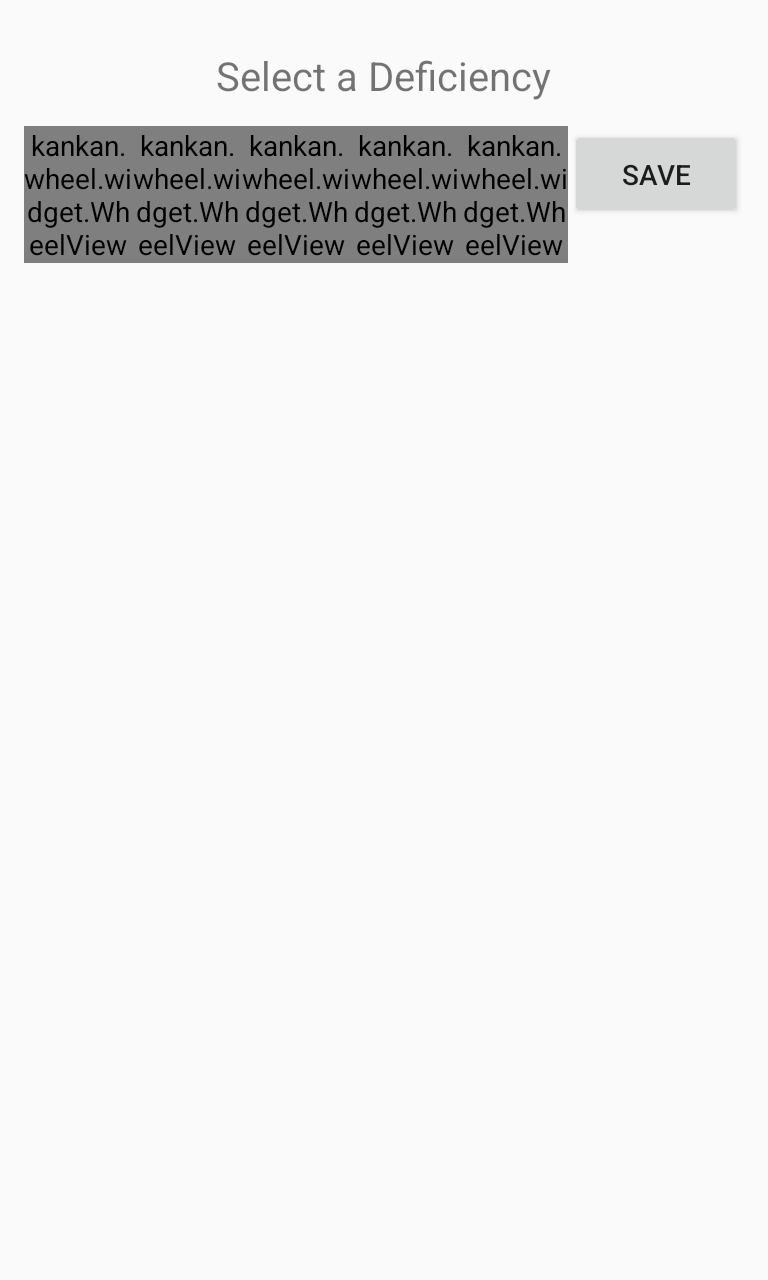
Repository: TheDizzler/shiny-octo-robot
Layout: Qdap/res/layout/fragment_def_wheel.xml
The author's editor kept a copy of each file at every save. The layout is drawn from the files as they stood at one save, then again after the next save.
Pictures or frames that could not be fetched are drawn as grey boxes. It is drawn on a 768 x 1280 px phone screen (xhdpi) without system bars, with theme AppTheme; the app's code is not run.

Above is the layout before, as saved 2014-05-16 02:15:06.

### Qdap/res/layout/fragment_def_wheel.xml
<?xml version="1.0" encoding="utf-8"?>
<LinearLayout xmlns:android="http://schemas.android.com/apk/res/android"
    android:layout_width="fill_parent"
    android:layout_height="fill_parent"
    android:orientation="vertical" >

    <TextView
        android:id="@+id/def_wheel_title_textview"
        android:layout_width="wrap_content"
        android:layout_height="wrap_content"
        android:layout_gravity="center_horizontal"
        android:layout_marginTop="24dp"
        android:text="@string/deficiency"
        android:textSize="20sp" />

    <LinearLayout
        android:layout_width="wrap_content"
        android:layout_height="wrap_content"
        android:layout_gravity="center_horizontal"
        android:layout_marginTop="8dp"
        android:orientation="horizontal"
        android:paddingLeft="12dp"
        android:paddingRight="12dp"
        android:paddingTop="4dp" >

        <kankan.wheel.widget.WheelView
            android:id="@+id/specificItem"
            android:layout_width="wrap_content"
            android:layout_height="wrap_content"
            android:layout_gravity="center_vertical"
            android:layout_weight="1" />

        <kankan.wheel.widget.WheelView
            android:id="@+id/item"
            android:layout_width="wrap_content"
            android:layout_height="wrap_content"
            android:layout_gravity="center_vertical"
            android:layout_weight="1" />

        <kankan.wheel.widget.WheelView
            android:id="@+id/verb"
            android:layout_width="wrap_content"
            android:layout_height="wrap_content"
            android:layout_gravity="center_vertical"
            android:layout_weight="1" />

        <kankan.wheel.widget.WheelView
            android:id="@+id/direction"
            android:layout_width="wrap_content"
            android:layout_height="wrap_content"
            android:layout_gravity="center_vertical"
            android:layout_weight="1" />

        <kankan.wheel.widget.WheelView
            android:id="@+id/location"
            android:layout_width="wrap_content"
            android:layout_height="wrap_content"
            android:layout_gravity="center_vertical"
            android:layout_weight="1" />

        <Button
            android:id="@+id/button1"
            android:layout_width="wrap_content"
            android:layout_height="wrap_content"
            android:onClick="save"
            android:text="@string/save" />
    </LinearLayout>

    <TextView
        android:id="@+id/reportid_textview"
        android:layout_width="wrap_content"
        android:layout_height="wrap_content"
        android:layout_gravity="center_horizontal"
        android:layout_marginTop="24dp"
        android:textSize="20sp" />

</LinearLayout>

### Qdap/res/values/strings.xml
<?xml version="1.0" encoding="utf-8"?>
<resources>

    <string name="app_name">Qdap - Quality Dev App</string>
    <string name="title_trade_detail">Trade Detail</string>
    <string name="title_activity_login">Login</string>
    <string name="username">User name: </string>
    <string name="password">Password: </string>
    <string name="project">Project: </string>
    <string name="login">Login</string>
    <string name="notes">Notes</string>
    <string name="checklists">Checklists</string>
    <string name="reports">Reports</string>
    <string name="photo">Photo Gallery</string>
    <string name="deficiency">Select a Deficiency</string>
    <string name="roughins">Rough-Ins</string>
    <string name="finishes">Finishes</string>
    <string name="save">Save</string>
    <string name="action_settings">Settings</string>
    <string name="title_activity_categories">Categories</string>
    <string name="title_activity_floors">Floors</string>
    <string name="title_activity_checklist">Checklist</string>
    <string name="title_activity_expandable_list_fragment">ExpandableListFragment</string>
    <string name="title_activity_floor_fragment">FloorFragment</string>
    <string name="title_activity_deficiency">Deficiency</string>

</resources>

Loaded but not shown: Qdap/res/values/styles.xml (common file); Qdap/res/values-v11/styles.xml (common file); Qdap/res/values-v14/styles.xml (common file)

After the next save:
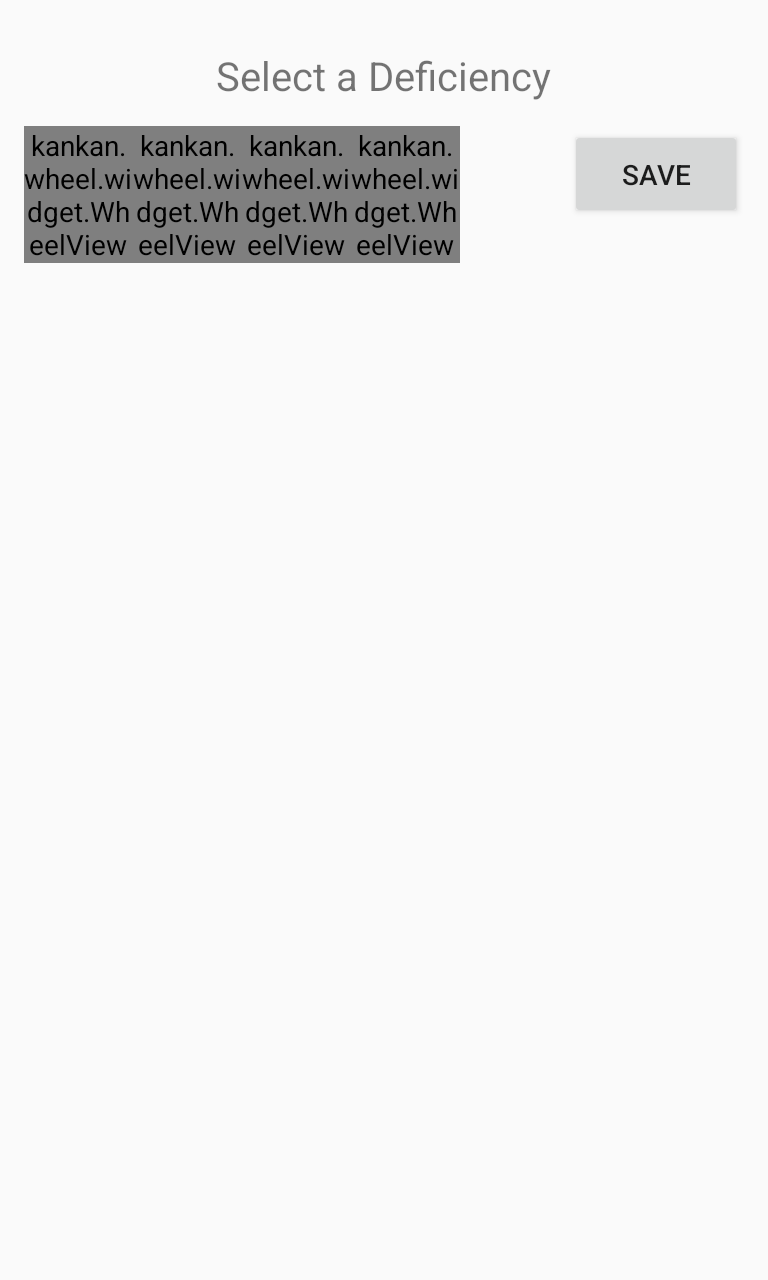
Saved 6 s later.
--- a/Qdap/res/layout/fragment_def_wheel.xml
+++ b/Qdap/res/layout/fragment_def_wheel.xml
@@ -53,8 +53,6 @@
 
         <kankan.wheel.widget.WheelView
             android:id="@+id/location"
-            android:layout_width="wrap_content"
-            android:layout_height="wrap_content"
             android:layout_gravity="center_vertical"
             android:layout_weight="1" />
 

After the save that followed:
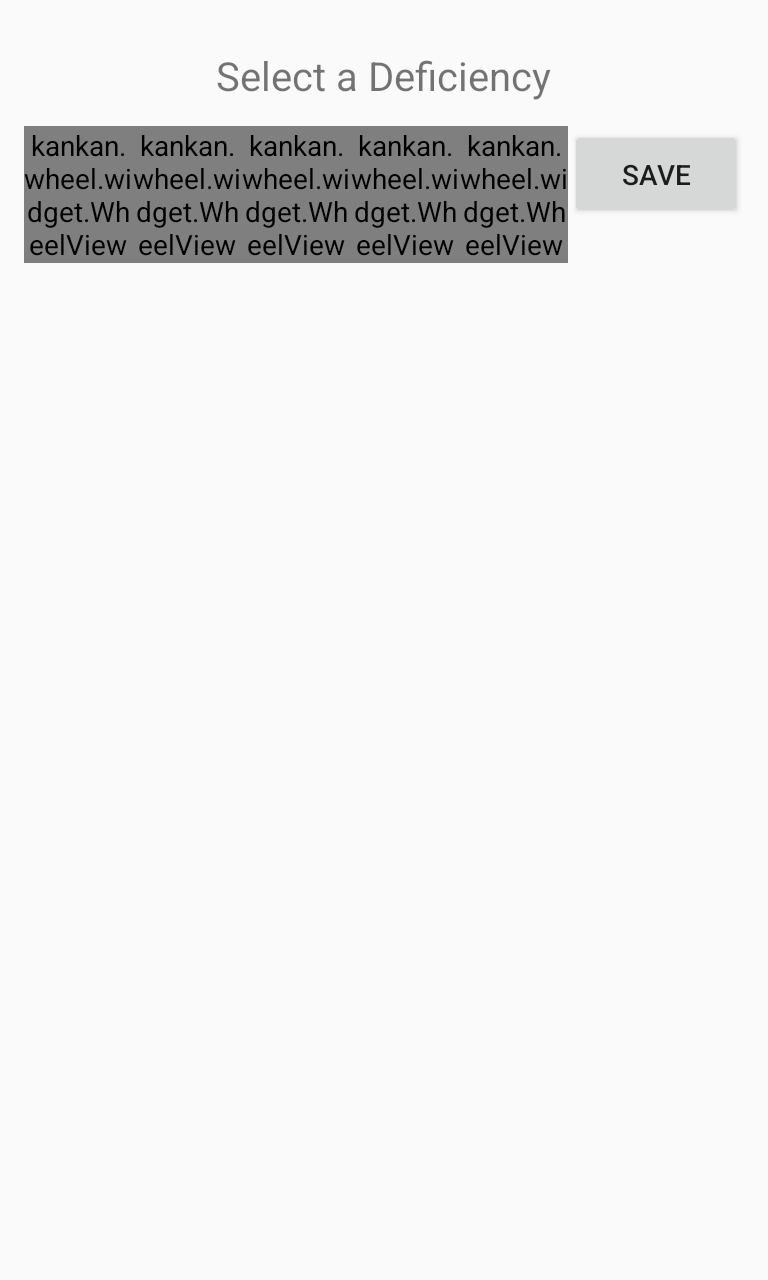
Saved 52 s later.
--- a/Qdap/res/layout/fragment_def_wheel.xml
+++ b/Qdap/res/layout/fragment_def_wheel.xml
@@ -53,6 +53,8 @@
 
         <kankan.wheel.widget.WheelView
             android:id="@+id/location"
+            android:layout_width="wrap_content"
+            android:layout_height="wrap_content"
             android:layout_gravity="center_vertical"
             android:layout_weight="1" />
 
